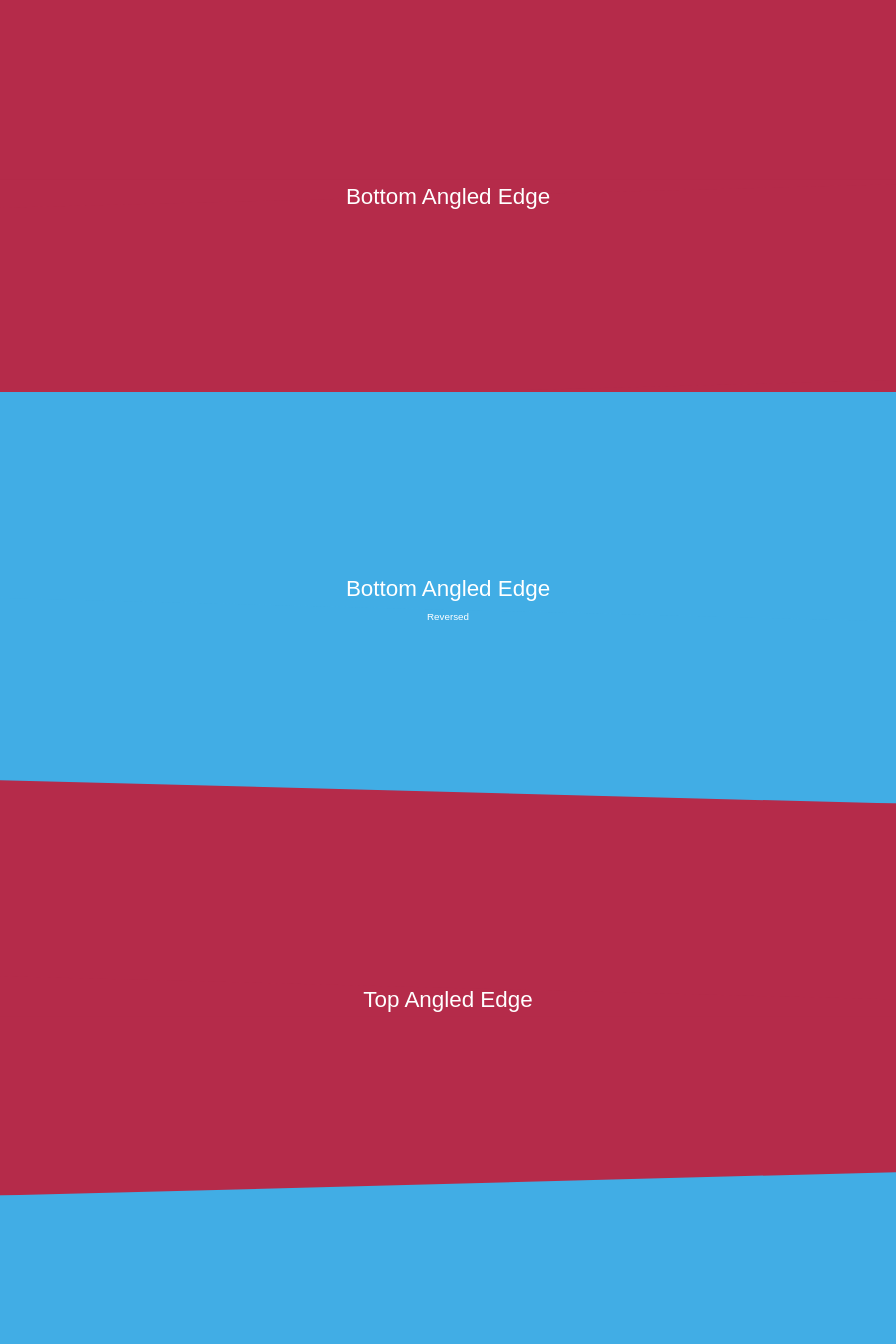
Repository: FrontendProjectsNL/mijn-portfolio-project
Page: /test-skewed-background
The author's editor kept a copy of each file at every save. The page is drawn from the files as they stood at one save, then again after the next save.
The browser window is 1280 px wide. The pictures show the part of the page from y = 0 to 1920 px (the page is 3478 px tall), at 70% of full size.
The project was rebuilt for these pictures with package versions that can differ from the ones it lists, and the page was loaded fresh each time. The framework's server and built-in components were replaced by stand-ins that run in the browser. Also part of the build but not shown: next.config.mjs.

Above is the page before, as saved 2024-10-23 13:54:45.

After the next save:
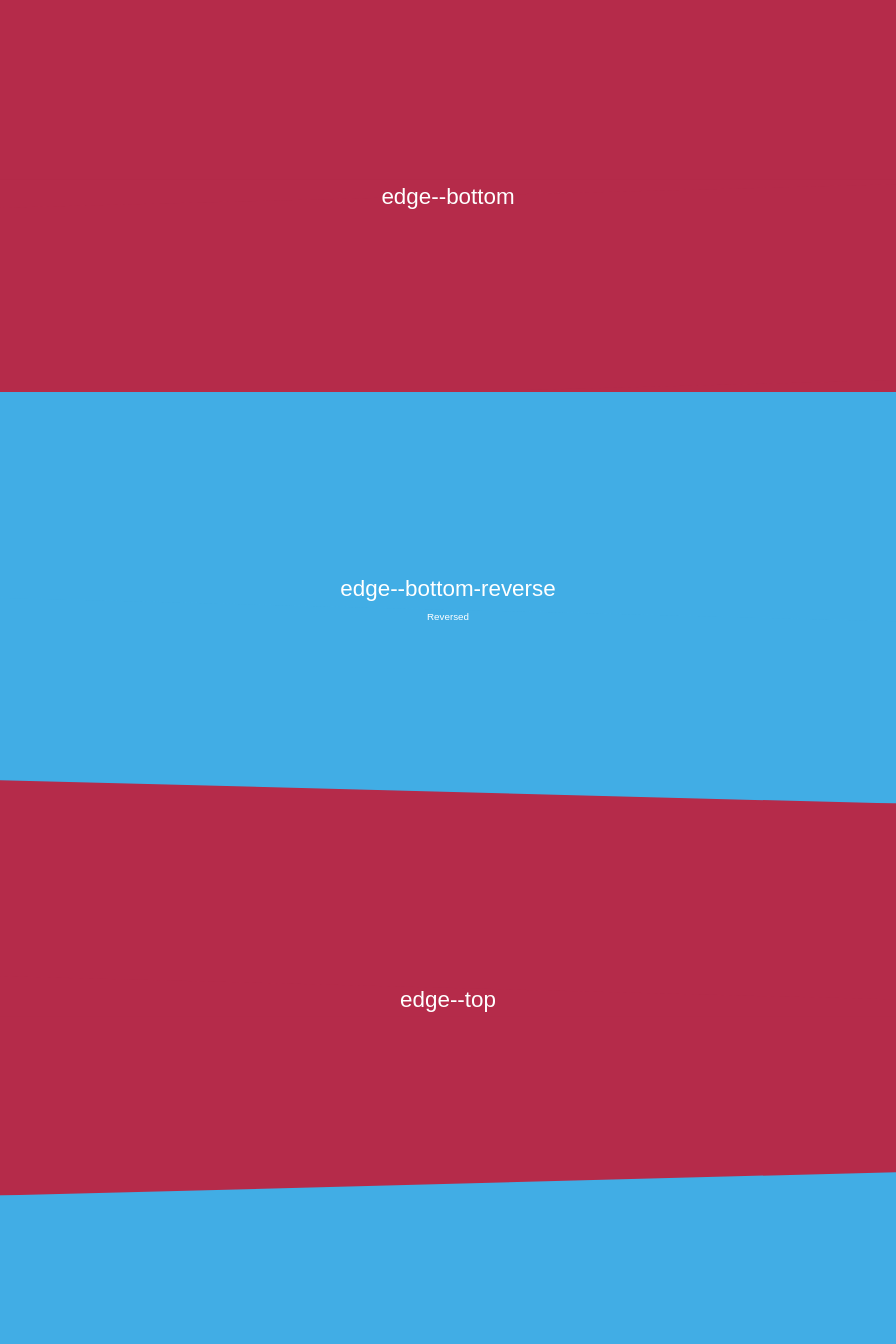
Saved 82 s later.
--- a/app/test-skewed-background/page.tsx
+++ b/app/test-skewed-background/page.tsx
@@ -6,29 +6,29 @@
   return (
     <div>
       <div className="block bg-berry edge edge--bottom">
-        <h1>Bottom Angled Edge</h1>
+        <h1>edge--bottom</h1>
       </div>
 
       <div className="block bg-blue edge edge--bottom-reverse">
-        <h1>Bottom Angled Edge</h1>
+        <h1>edge--bottom-reverse</h1>
         <p>Reversed</p>
       </div>
 
       <div className="block bg-berry edge edge--top">
-        <h1>Top Angled Edge</h1>
+        <h1>edge--top</h1>
       </div>
 
       <div className="block bg-blue edge edge--top-reverse">
-        <h1>Top Angled Edge</h1>
+        <h1>edge--top-reverse</h1>
         <p>Reversed</p>
       </div>
 
       <div className="block bg-orange edge edge--both">
-        <h1>Top & Bottom Angled Edges</h1>
+        <h1>edge--both</h1>
       </div>
 
       <div className="block bg-green edge edge--both-reverse">
-        <h1>Top & Bottom Angled Edges</h1>
+        <h1>edge--both-reverse</h1>
         <p>Reversed</p>
       </div>
     </div>
